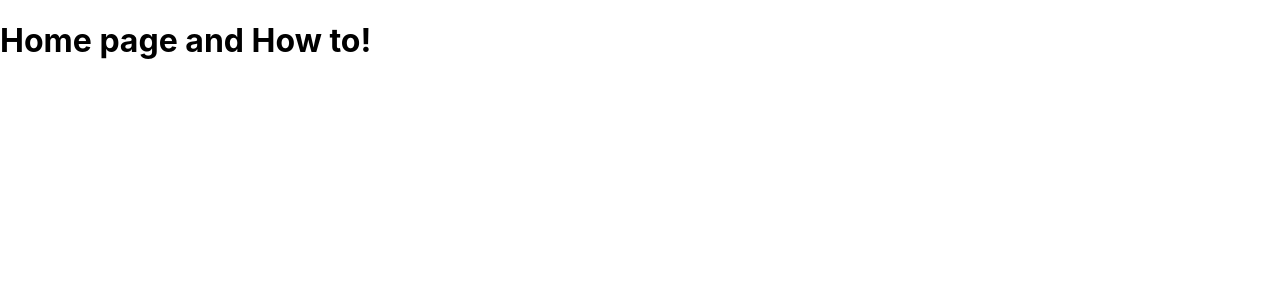
Repository: mergemaven11/Crud_Nextjs
Page: /
An editor plug-in stored every save of this project. The page is shown before and after the next save, followed by the edit.
The browser window is 1280 px wide. The pictures show the whole page.
The project was rebuilt for these pictures with package versions that can differ from the ones it lists, and the page was loaded fresh each time. The framework's server and built-in components were replaced by stand-ins that run in the browser.

Above is the page before, as saved 2020-10-22 18:42:36.

After the next save:
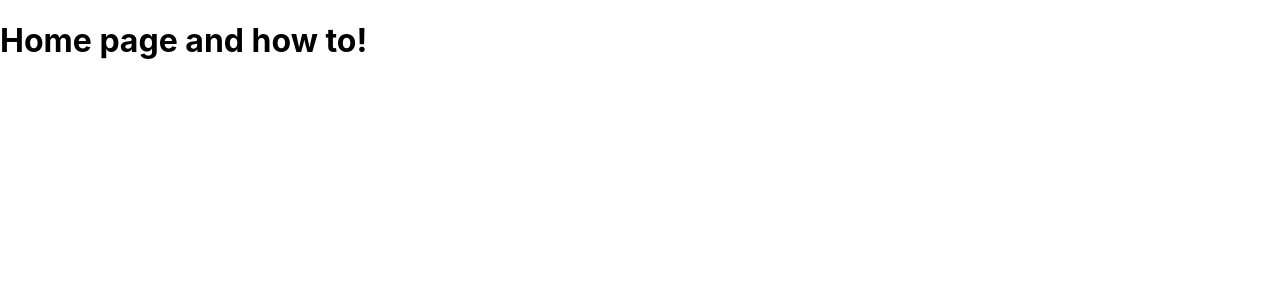
Saved 6 s later.
--- a/pages/index.jsx
+++ b/pages/index.jsx
@@ -1,3 +1,3 @@
 import React from 'react'
 
-export default () => <h1>Home page and How to!</h1>
+export default () => <h1>Home page and how to!</h1>
